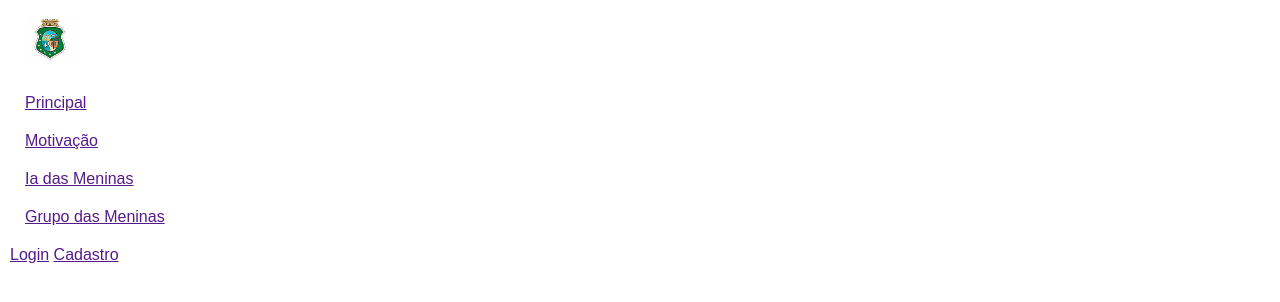
Repository: joaobatistafrontend/pref
Page: http://localhost/
An editor plug-in stored every save of this project. The page is shown before and after a run of saves, followed by the edit.
The browser window is 1280 px wide. The pictures show the whole page.
The page is served by the project's application, run on Django 4.2 (manage.py). Other server files are loaded and not shown.

Above is the page before, as saved 2024-07-26 14:40:59.

### templates/index.html
{% load  static %}
<!DOCTYPE html>
<html lang="en">
<head>
    <meta charset="UTF-8">
    <meta name="viewport" content="width=device-width, initial-scale=1.0">
    <title>Document</title>

    {% load static %}
    <link rel="stylesheet" href="{% static 'css/index.css' %}"></head>
<body>
    <div class="hero" >
        <nav>
            <img src="{% static 'img/logo.jpg' %}" class="logo">
            <ul>
                <li><a href="">Principal</a></li>
                <li><a href="">Motivação</a></li>
                <li><a href="">Ia das Meninas</a></li>
                <li><a href="">Grupo das Meninas</a></li>
            </ul>
            <div class="">
                <a href="">Login</a>
                <a href="">Cadastro</a>
            </div>
        </nav>
    </div>
</body>
</html>

### chat_app/views.py
#https://espere.in/Build-your-chatbot-with-the-power-of-Gemini-API-using-Django/
from django.shortcuts import render, reverse
from django.contrib.auth.decorators import login_required
from .models import ChatBot
from django.http import HttpResponseRedirect, JsonResponse
import google.generativeai as genai
from .treinamentos import contexto_inicial, contexto_de_estudos
#chave api
genai.configure(api_key="AIzaSyCkg2khwEkqTQ7kYa8gVzsz2bWWpweUEO8")


@login_required
def ask_question(request):
    if request.method == "POST":
        text = request.POST.get("text")#receber o texto do user
        model = genai.GenerativeModel("gemini-pro")#modelo da ia

        chat = model.start_chat()#iniciar um chat

        #receber o texto do usuario como parametro
        response = chat.send_message(f"O assunto que vamos conversar é sobre responder perguntas frequentes e prestar suporte a assuntos relacionados às políticas públicas voltadas para as mulheres. Tenha conhecimento e forneça aconselhamento acessível para o {user}. Use as seguintes leis e contextos para ajudar: {contexto_inicial} e {contexto_de_estudos}. Foque em dados do Ceará. Mantenha o foco em responder perguntas frequentes e prestar suporte a assuntos relacionados às políticas públicas voltadas para as mulheres."
)
        user = request.user #ususario
        ChatBot.objects.create(text_input=text, gemini_output=response.text, user=user)#criar um batepapo

        response_data = {#extrair apenas a resposta
            "text": response.text,  #tranforma a resposta em texto
        }
        return JsonResponse({"data": response_data})
    else:
        return HttpResponseRedirect(
            reverse("chat")
        )


@login_required
def chat(request):
    user = request.user #saber o user autenticado
    chats = ChatBot.objects.filter(user=user)
    return render(request, "chat_bot.html", {"chats": chats})

def index(request):

    return render(request, "index.html")

### chatbot/urls.py

from django.contrib import admin
from django.urls import path, include

urlpatterns = [
    path('admin/', admin.site.urls),
    path('', include('chat_app.urls'))
]

### chat_app/urls.py

from django.contrib import admin
from django.urls import path, include
from . import views

urlpatterns = [
    path("", views.index, name="index"),
    path("ask_question/", views.ask_question, name="ask_question"),
]

### chat_app/treinamentos.py
#visão geral das políticas públicas para mulheres no Brasil
contexto_inicial = (
    "1. Visão Geral: As políticas públicas para as mulheres no Brasil têm evoluído ao longo dos anos, refletindo mudanças nas normas sociais, avanços no movimento feminista e maior reconhecimento dos direitos das mulheres.\n\n"

    "2. Marcos Históricos:\n"
    "* Criação do Conselho Nacional dos Direitos da Mulher (CNDM) em 1985.\n"
    "* Aprovação da Lei do Divórcio (Lei 6.515/1977) e da Lei dos Crimes Hediondos (Lei 8.072/1990), que incluía o feminicídio como crime hediondo.\n"
    "* Aprovação da Lei de Igualdade Salarial (Lei 7.855/1989).\n"
    "* Criação das Delegacias de Defesa da Mulher.\n\n"

    "3. Leis e Programas Recentes:\n"
    "* Aprovação da Lei Maria da Penha em 2006.\n"
    "* Criação do Programa Bolsa Família em 2003.\n"
    "* Criação do Programa de Assistência Integral à Saúde da Mulher (PAISM).\n"
    "* Política Nacional de Enfrentamento à Violência contra as Mulheres.\n\n"

    "4. Outras Iniciativas Importantes:\n"
    "* Lei de Cotas para Mulheres em Eleições em 1997.\n"
    "* Criação do Programa Pronatec Mulheres em 2011.\n"
    "* Aprovação da Lei do Feminicídio (Lei 13.104/2015).\n\n"

    "5. Medidas Recentes:\n"
    "* Lei da Importunação Sexual (Lei 13.718/2018).\n"
    "* Criação do Ligue 180 em 2013.\n"
    "* Plano Nacional de Políticas para as Mulheres (PNPM).\n"
    "* Política Nacional de Saúde Mental e Direitos das Mulheres.\n"
    "* Medidas para Promover a Igualdade de Gênero no Mercado de Trabalho.\n\n"
)

contexto_de_estudos = (
    "1. Legislação e Normas:\n"
    "  * Leis federais e estaduais: Lei Maria da Penha, Lei do Feminicídio, etc.\n"
    "  * Decretos e portarias.\n"
    "  * Normas técnicas.\n\n"

    "2. Programas e Iniciativas:\n"
    "  * Programas governamentais.\n"
    "  * Iniciativas de ONGs.\n\n"

    "3. Serviços Disponíveis:\n"
    "  * Centros de Atendimento.\n"
    "  * Telefones de Emergência.\n\n"

    "4. Estatísticas e Estudos:\n"
    "  * Dados estatísticos.\n"
    "  * Estudos e pesquisas.\n\n"

    "5. Direitos e Benefícios:\n"
    "  * Direitos das mulheres.\n"
    "  * Benefícios sociais.\n\n"

    "6. Processos e Procedimentos:\n"
    "  * Como acessar serviços.\n"
    "  * Procedimentos legais.\n\n"

    "7. Educação e Capacitação:\n"
    "  * Cursos e treinamentos.\n"
    "  * Campanhas educativas.\n\n"

    "8. Informações Regionais:\n"
    "  * Especificidades locais.\n\n"

    "Fontes de Dados:\n"
    "  * Sites oficiais do governo.\n"
    "  * Organizações internacionais.\n"
    "  * Instituições de pesquisa.\n"
    "  * Documentos legais.\n"
)

### static/css/index.css
*{
    margin: 0;
    padding: 0;
    box-sizing: border-box;
    font-family:sans-serif;
}
.hero{
    width: 100%;
    min-height: 100vh;
    /* background: linear-gradient(#720872, #470763); */
    padding: 10px 10px;
    overflow: hidden;
}
.nav{
    display: flex;
    padding: 10px 0;
    align-items: center;
    justify-content: space-between;
}
.logo{
    width: 80px;
}
nav ul li{
    display: flex;
    list-style: none;
    margin: 20px 15px;
}

After the next 3 saves:
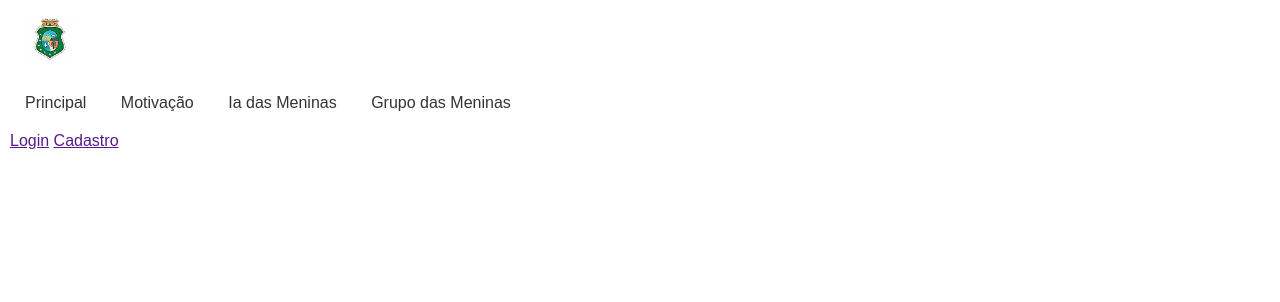
The 3 saves are shown as one change because they came seconds apart.
The last was saved 9 s later.
--- a/static/css/index.css
+++ b/static/css/index.css
@@ -21,7 +21,12 @@
     width: 80px;
 }
 nav ul li{
-    display: flex;
+    display: inline-block;
     list-style: none;
     margin: 20px 15px;
 }
+nav ul li a{
+    text-decoration: none;
+    color:  #333;
+    font-weight: 400;
+}
